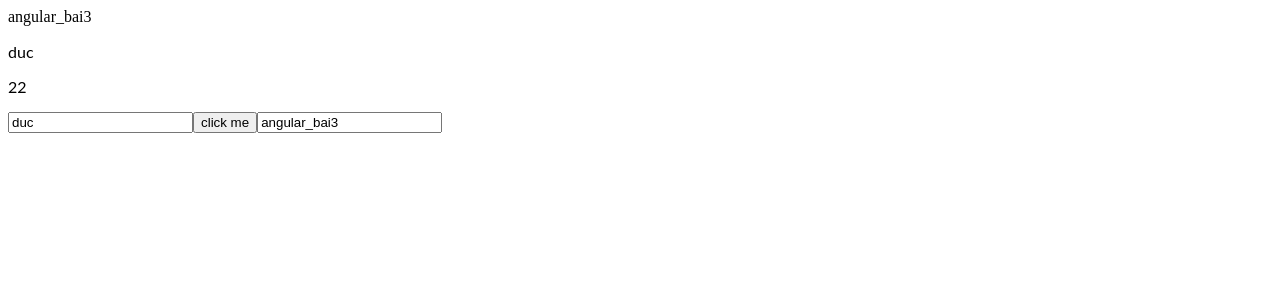
Repository: leduc24/baitap-angular100day
Page: / (app in angular_bai3/)
These files come from the project's save history. The page is drawn as it stood at one moment and after the next save; the edit follows.
The browser window is 1280 px wide. The pictures show the whole page.
The project was rebuilt for these pictures with package versions that can differ from the ones it lists, and the page was loaded fresh each time. Also part of the build but not shown: angular_bai3/angular.json, angular_bai3/src/app/hello.component.ts.

Above is the page before, as saved 2022-06-30 11:13:58.

After the next save:
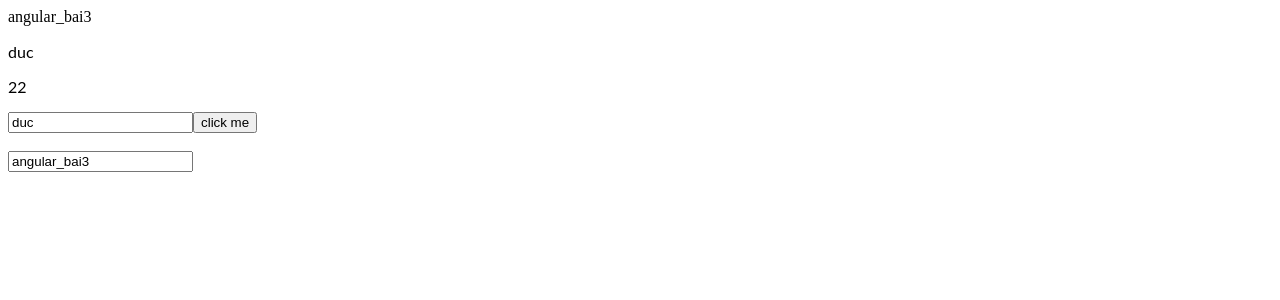
Saved 29 s later.
--- a/angular_bai3/src/app/app.component.html
+++ b/angular_bai3/src/app/app.component.html
@@ -8,5 +8,7 @@
 <input [type] ="'text'" [value]= "user.name">
 
 <button type = "button" (click)="handler()"> click me </button>
+<br>
+<br>
 
 <input type="text" [(ngModel)] = "name"/>
